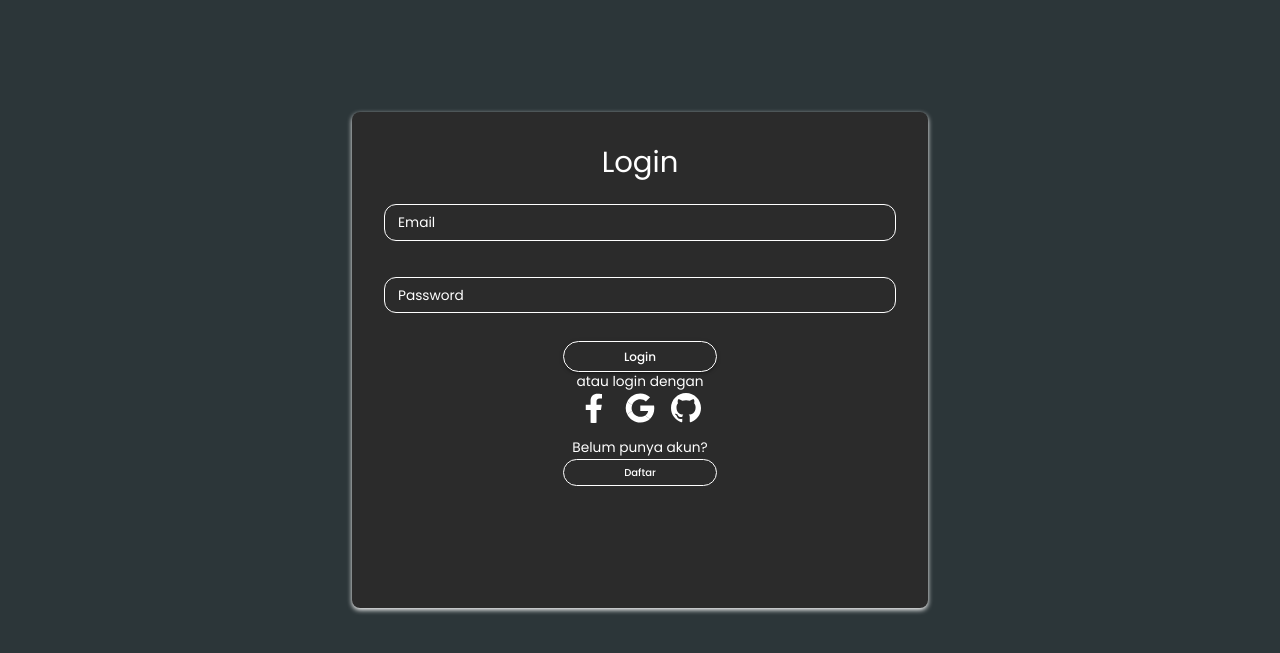
Repository: IzzaSuni/Izza-ToDo
Page: /login
An editor plug-in stored every save of this project. The page is shown before and after the next save, followed by the edit.
The browser window is 1280 px wide. The pictures show the whole page.
The project was rebuilt for these pictures with package versions that can differ from the ones it lists, and the page was loaded fresh each time. Also part of the build but not shown: src/App.css, src/services.js, src/utils/Query.js, src/utils/isLogin.js, src/components/List.js, src/components/Filter.js, src/components/ohayo.js, src/components/navbar.js and 2 more.

Above is the page before, as saved 2022-08-19 20:26:16.

After the next save:
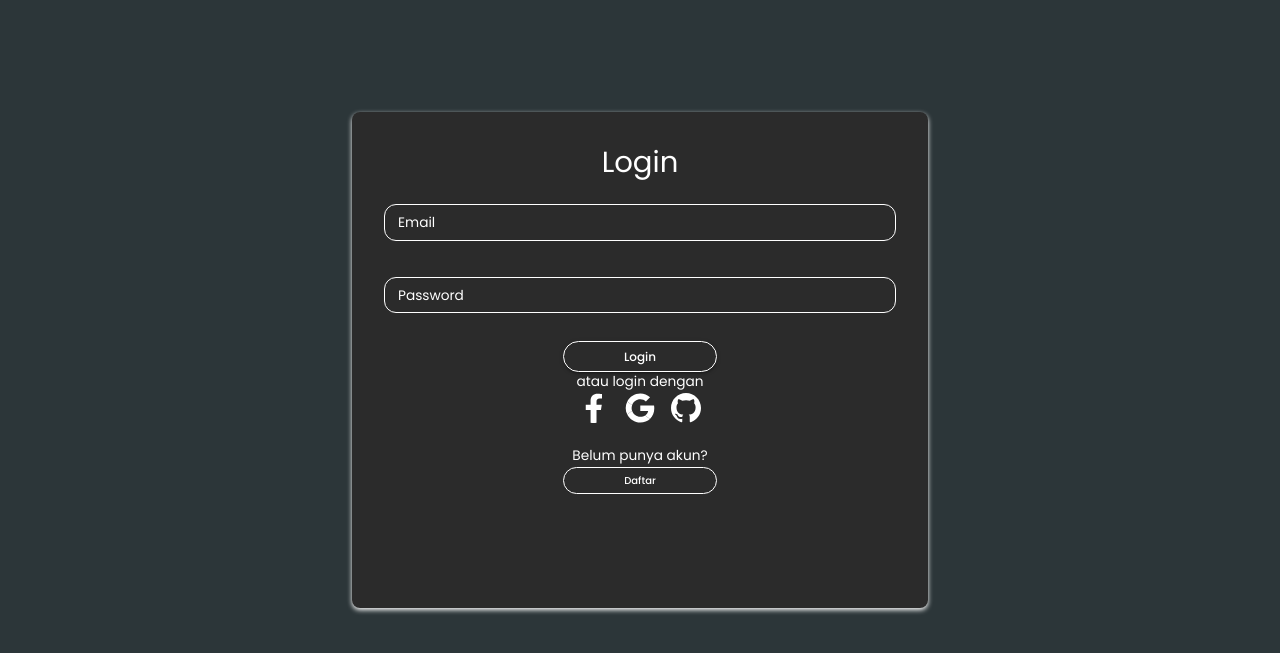
Saved 4 s later.
--- a/src/components/Login.js
+++ b/src/components/Login.js
@@ -174,7 +174,7 @@ export default function Login(prop) {
             <Box>
               <Typography textAlign={"center"}>atau login dengan</Typography>
             </Box>
-            <Box display="inline-flex" justifyContent={"center"} width='100%' pb={1}>
+            <Box display="inline-flex" justifyContent={"center"} width='100%' pb={2}>
               <Img src="/facebook.svg" px={"8px"} />
               <Img src="/google.svg" px={"8px"} />
               <Img src="/Github.svg" px={"8px"} />
